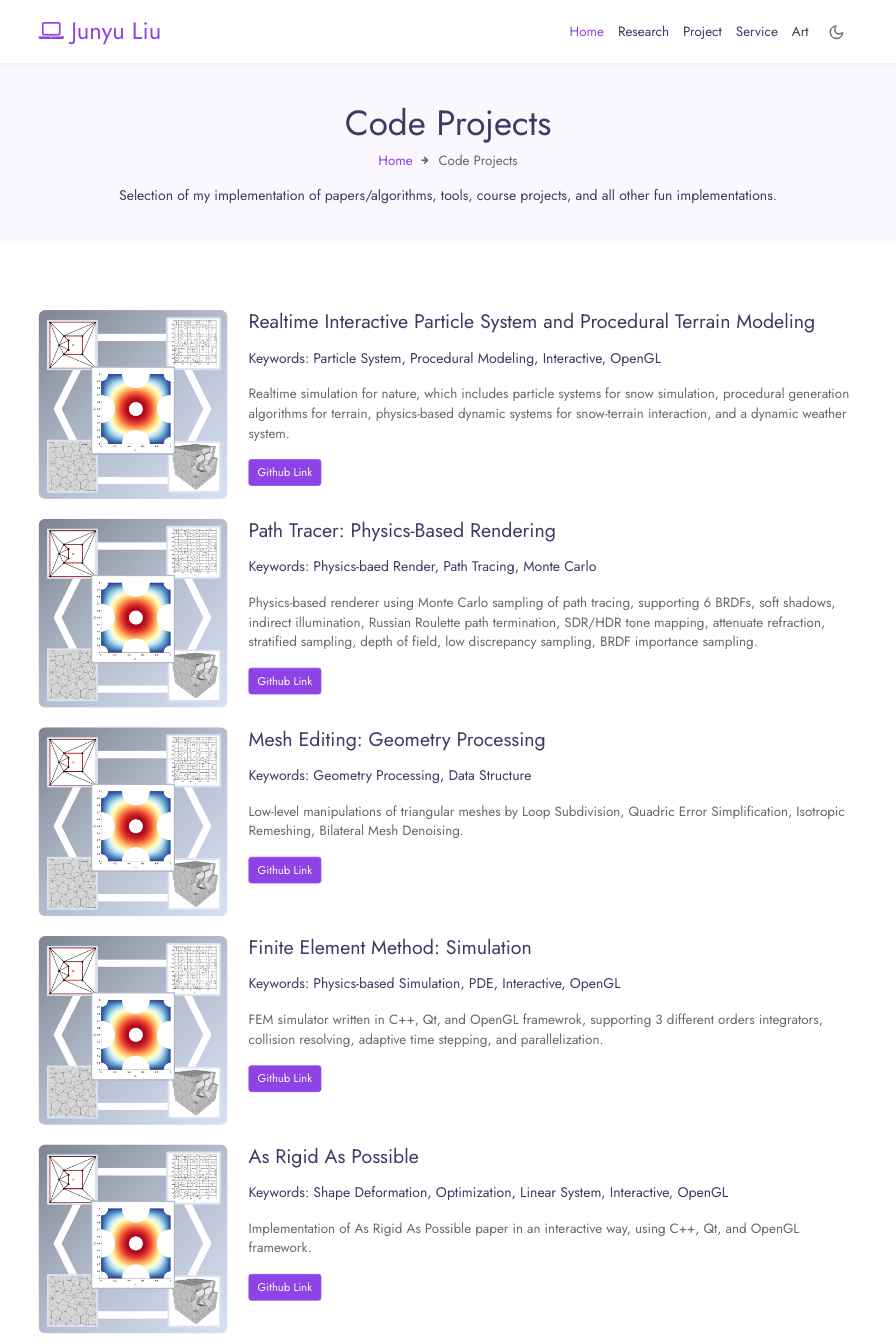
Repository: Junyu-Liu-Nate/junyu-liu-nate.github.io
Page: project.html
These files come from the project's save history. The page is drawn as it stood at one moment and after the next save; the edit follows.
The browser window is 1280 px wide. The pictures show the part of the page from y = 0 to 1920 px (the page is 3057 px tall before and 3039 px after), at 70% of full size.

Above is the page before, as saved 2024-04-10 19:17:11.
Console error: TypeError: Cannot read properties of null (reading 'classList')

After the next save:
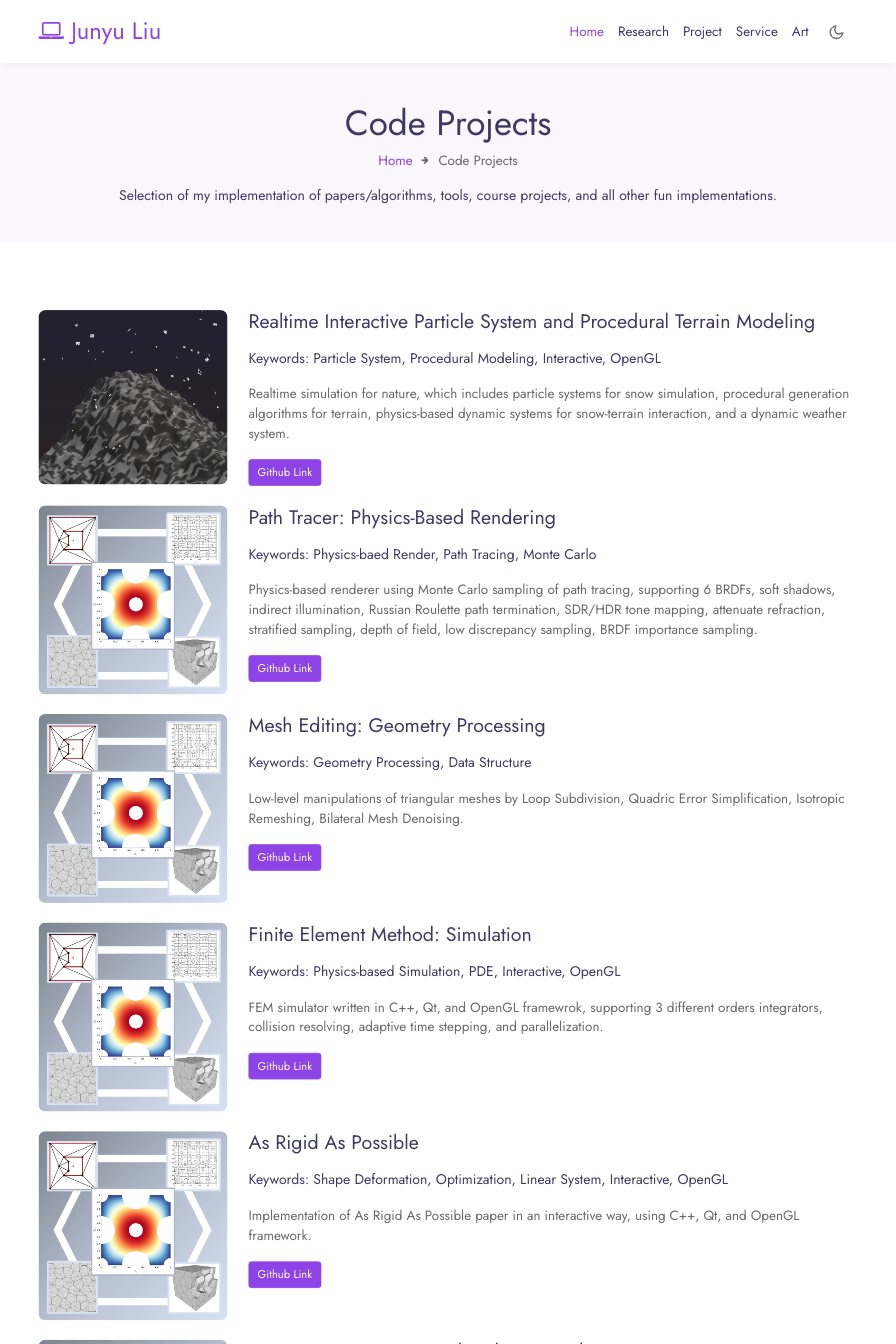
Saved 2 min 37 s later.
--- a/project.html
+++ b/project.html
@@ -102,7 +102,7 @@ Author URL: http://w3layouts.com
               <div class="row">
                 <div class="col-lg-3">
                   <div class="position-relative">
-                      <img src="assets/images/project/thumnail/port-FEM-vs-VEM.png" alt="" class="radius-image img-fluid">
+                      <img src="assets/images/code/particle.jpg" alt="" class="radius-image img-fluid">
                   </div>
                 </div>
                 <div class="col-lg-9 mt-lg-0 mt-5">
